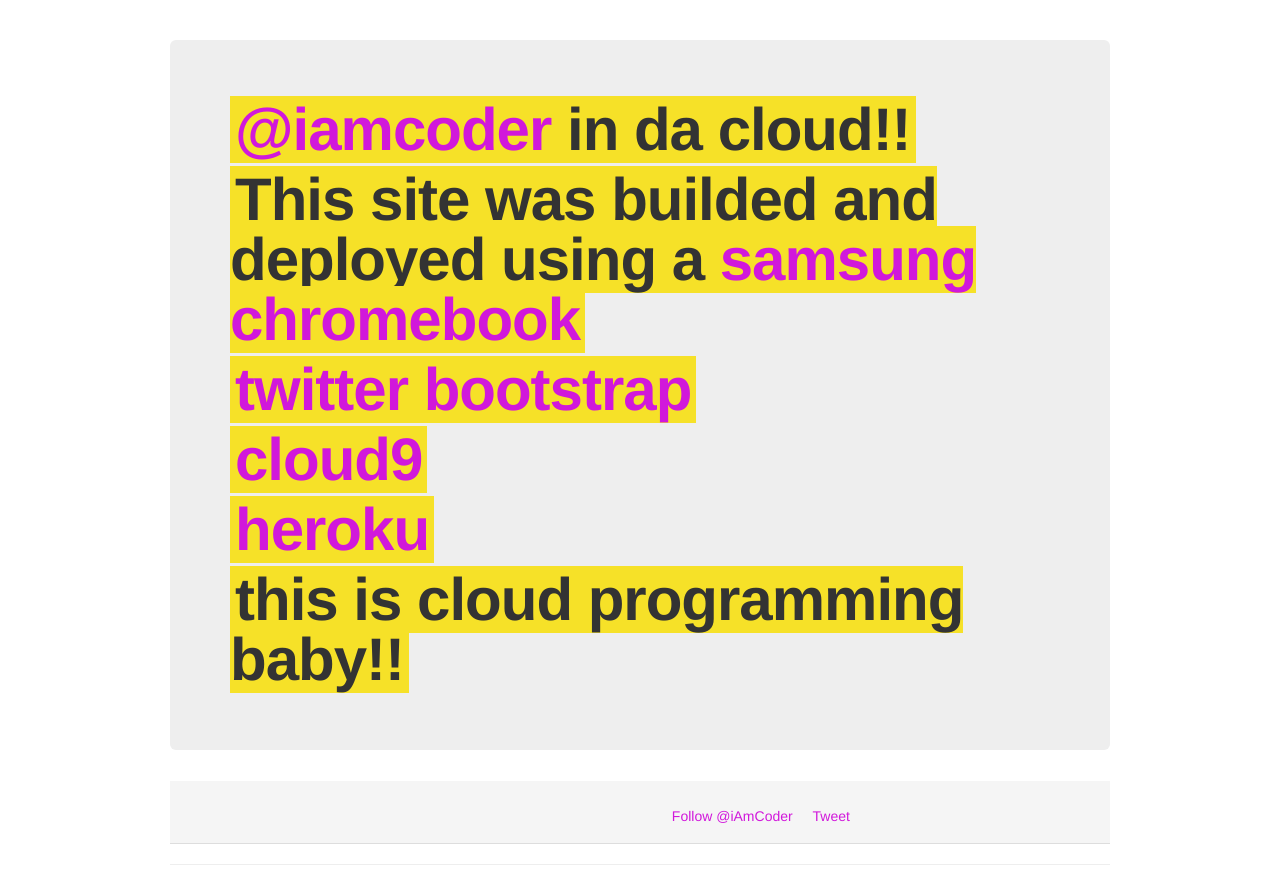
Repository: elopezanaya/twitterBootstrap
Page: home.html
These files come from the project's save history. The page is drawn as it stood at one moment and after the next save; the edit follows.
The browser window is 1280 px wide. The pictures show the whole page.
Pictures or frames that could not be fetched are drawn as grey boxes.

Above is the page before, as saved 2013-05-08 20:08:15.

### home.html
<!DOCTYPE html>
<html>
  <head>
    <title>iamcoder working in the cloud</title>
    <meta name="viewport" content="width=device-width, initial-scale=1.0">
    <meta name="keywords" content="iamcoder, c9, bootstrap, javascript, heroku, chromebook">
    <meta name="description" content="deploying to heroku since a chromebook">
    <!-- Bootstrap -->
     <link href="css/docs.css" rel="stylesheet">
    <link href="css/bootstrap.min.css" rel="stylesheet" media="screen">
  </head>
  <body>


    <div class="container">

      <!-- Main hero unit for a primary marketing message or call to action -->
      <div class="hero-unit">
        <h1 class ="new-single-title"><a href="https://twitter.com/iAmCoder">@iamcoder</a> in da cloud!!</h1>
        <p>
        <h1 class ="new-single-title">This site was builded and deployed using a <a href="http://www.samsung.com/us/computer/chromebook">samsung chromebook</a></h1>
        <p>
        <h1 class ="new-single-title"><a href="http://twitter.github.io/bootstrap/">twitter bootstrap</a></h1>
        <p>
        <h1 class ="new-single-title"><a href="https://c9.io/">cloud9</a></h1>
        <p>
        <h1 class ="new-single-title"><a href="https://www.heroku.com/">heroku</a></h1>
        <p>
        <h1 class ="new-single-title">this is cloud programming baby!!</h1>

      </div>

<div class="bs-docs-social">
  <div class="container">
    <ul class="bs-docs-social-buttons">
      <li>
        <iframe class="github-btn" src="http://ghbtns.com/github-btn.html?user=elopezanaya&repo=twitterBootstrap&type=watch&count=true" allowtransparency="true" frameborder="0" scrolling="0" width="100px" height="20px"></iframe>
      </li>
      <li>
        <iframe class="github-btn" src="http://ghbtns.com/github-btn.html?user=elopezanaya&repo=twitterBootstrap&type=fork&count=true" allowtransparency="true" frameborder="0" scrolling="0" width="102px" height="20px"></iframe>
      </li>

     <li>

     <a href="https://twitter.com/iAmCoder" class="twitter-follow-button" data-show-count="false" data-lang="es">Follow @iAmCoder</a>
<script>!function(d,s,id){var js,fjs=d.getElementsByTagName(s)[0],p=/^http:/.test(d.location)?'http':'https';if(!d.getElementById(id)){js=d.createElement(s);js.id=id;js.src=p+'://platform.twitter.com/widgets.js';fjs.parentNode.insertBefore(js,fjs);}}(document, 'script', 'twitter-wjs');</script>
     </li>
     <li>
     <a href="https://twitter.com/share" class="twitter-share-button" data-url="http://goo.gl/5iU4H" data-text="a bored geek with @SamsungChrome @twbootstrap ,@Cloud9IDE @heroku , this is cloud programming baby!!" data-via="iAmCoder">Tweet</a>
<script>!function(d,s,id){var js,fjs=d.getElementsByTagName(s)[0],p=/^http:/.test(d.location)?'http':'https';if(!d.getElementById(id)){js=d.createElement(s);js.id=id;js.src=p+'://platform.twitter.com/widgets.js';fjs.parentNode.insertBefore(js,fjs);}}(document, 'script', 'twitter-wjs');</script>
     </li>
    </ul>
  </div>
</div>
      <hr>

      <footer>
       </footer>

    </div> <!-- /container -->
   <script type="text/javascript" src="http://platform.twitter.com/widgets.js"></script>
    <script src="http://code.jquery.com/jquery.js"></script>
    <script src="js/bootstrap.min.js"></script>
  </body>
</html>

Loaded but not shown: css/bootstrap.min.css (library); js/bootstrap.min.js (library); css/bootstrap-responsive.min.css (library); css/docs.css (1080 lines, source omitted)

After the next save:
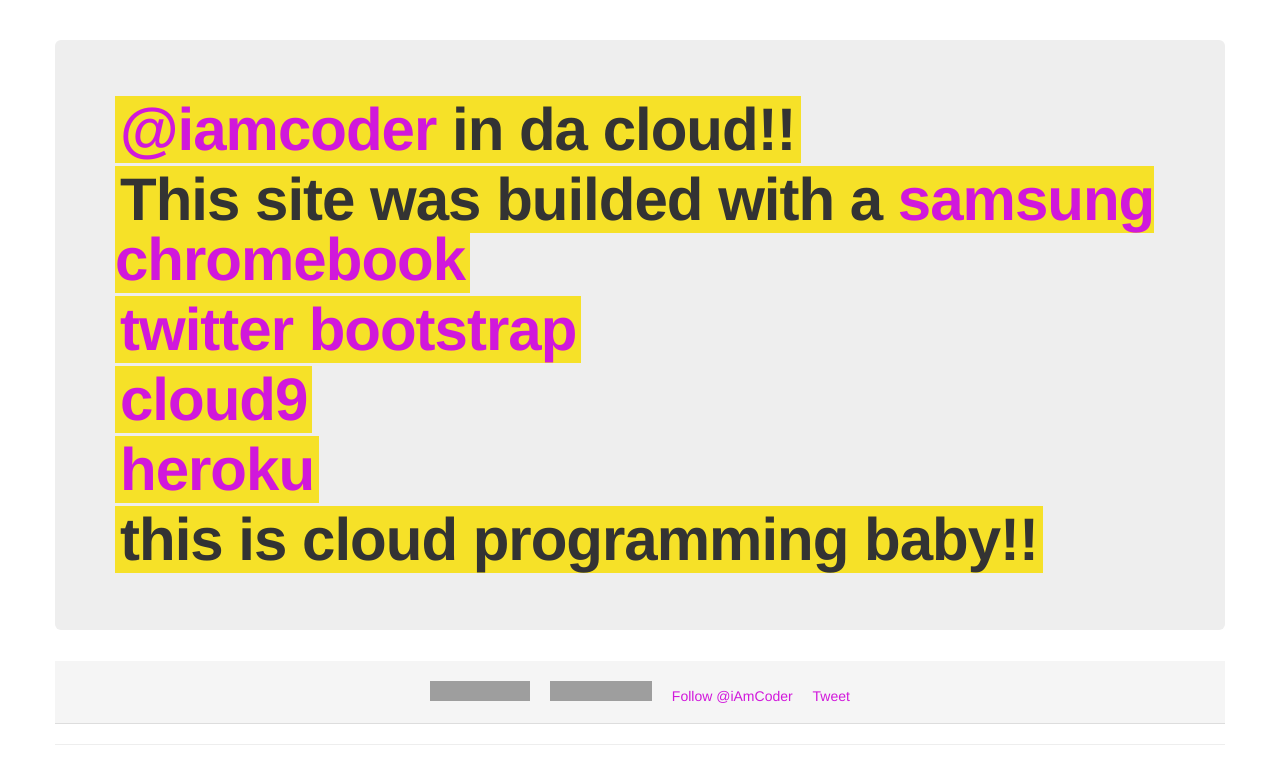
Saved 18 min 1 s later.
--- a/home.html
+++ b/home.html
@@ -6,8 +6,10 @@
     <meta name="keywords" content="iamcoder, c9, bootstrap, javascript, heroku, chromebook">
     <meta name="description" content="deploying to heroku since a chromebook">
     <!-- Bootstrap -->
-     <link href="css/docs.css" rel="stylesheet">
+    <link href="css/docs.css" rel="stylesheet">
     <link href="css/bootstrap.min.css" rel="stylesheet" media="screen">
+    <link href="css/bootstrap-responsive.min.css" rel="stylesheet" media="screen">
+
   </head>
   <body>
 
@@ -18,7 +20,7 @@
       <div class="hero-unit">
         <h1 class ="new-single-title"><a href="https://twitter.com/iAmCoder">@iamcoder</a> in da cloud!!</h1>
         <p>
-        <h1 class ="new-single-title">This site was builded and deployed using a <a href="http://www.samsung.com/us/computer/chromebook">samsung chromebook</a></h1>
+        <h1 class ="new-single-title">This site was builded with a <a href="http://www.samsung.com/us/computer/chromebook">samsung chromebook</a></h1>
         <p>
         <h1 class ="new-single-title"><a href="http://twitter.github.io/bootstrap/">twitter bootstrap</a></h1>
         <p>
